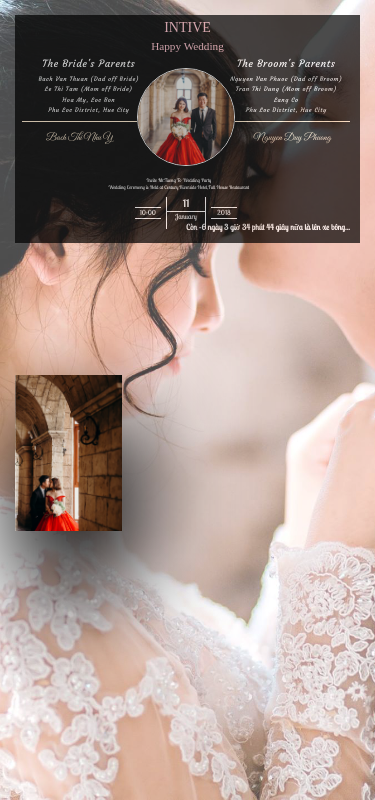
Repository: nguyenhuutuong999/WeddingOfSister
Page: wedding.html
The author's editor kept a copy of each file at every save. The page is drawn from the files as they stood at one save, then again after a run of saves.
The browser window is 375 px wide. The pictures show the whole page.
Some web fonts or font styles are not loaded; a fallback is used.

Above is the page before, as saved 2019-09-16 21:12:00.

After the next 2 saves:
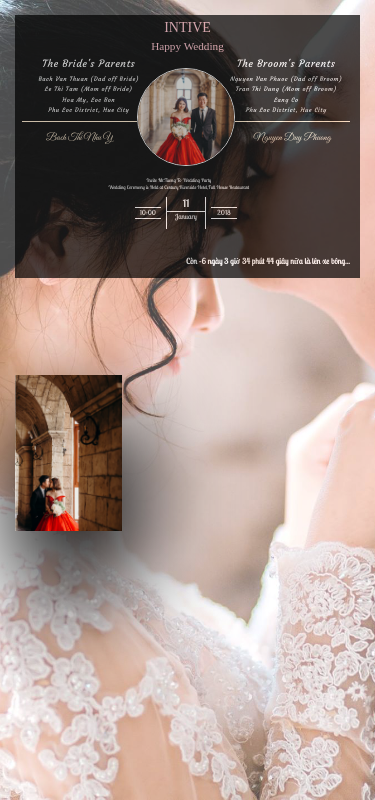
The 2 saves are shown as one change because they came seconds apart.
The last was saved 9 s later.
--- a/style.css
+++ b/style.css
@@ -279,7 +279,7 @@ body,html{
     #countDown{
 
         font-size: 8px;
-        margin-top: -15%;
+        margin-top: -5%;
 
 
 
